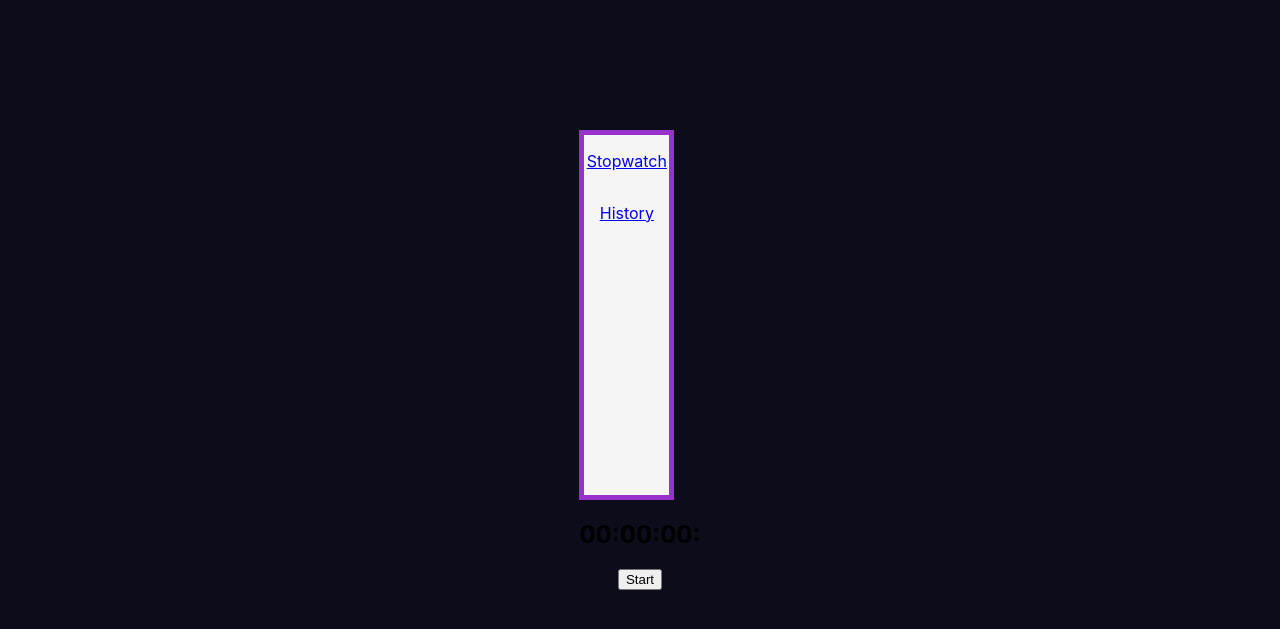
Repository: NicolasRSJ/fastdoubleclick
Page: /
An editor plug-in stored every save of this project. The page is shown before and after the next save, followed by the edit.
The browser window is 1280 px wide. The pictures show the whole page.
The project was rebuilt for these pictures with package versions that can differ from the ones it lists, and the page was loaded fresh each time.

Above is the page before, as saved 2022-10-27 20:24:07.

### src/App.js
import './App.css';
import { Stopwatch } from './Views/Stopwatch/Index';


function App() {
  return (
    <div className="App">
      <Stopwatch/>
    </div>
  );
}

export default App;

### src/App.css
.App {
  background-color: #0d0c1b;
  width: 100vw;
  height: 100vh;
  display: flex;
  flex-direction: column;
  align-items: center;
  justify-content: center;
  text-align: center;
}

### src/Views/Stopwatch/Index.jsx
import React, { useState, useEffect } from 'react'
import "./Index.css"

export const Stopwatch = () => {

    const [ time, setTimer ] = useState(0)
    const [ start, setStart ] = useState(false)

    useEffect(() => {
        let interval = null;

        if(start) {
            interval = setInterval(() => {
                setTimer(prevTime => prevTime + 10)
            }, 10);
        }else {
            clearInterval(interval);
        }

        return () => clearInterval(interval)
    }, [start])

    const HandlerButton = () => {
        if(start === false) {
            setStart(true)
        }else {
            setStart(false)
        }
    }

  return (
    <div className="container">
        <nav className="navigation">
            <p><a href='/'>Stopwatch</a></p>
            <p><a href='/historic'>History</a></p>
        </nav>
        <section className="contents">
            <h1>
                <span>{("0" + Math.floor((time / 60000) % 60)).slice(-2)}:</span>
                <span>{("0" + Math.floor((time / 1000) % 60)).slice(-2)}:</span>
                <span>{("0" + (time / 10) % 1000).slice(-2)}:</span>
            </h1>
            <button onClick={() => <HandlerButton/>}>Start</button>
        </section>
    </div>
  )
}

### src/Views/Stopwatch/Index.css
.navigation {
    width: 70%;
    height: 50vh;
    display: flex;
    flex-direction: column;
    background-color: whitesmoke;
    border: 5px solid darkorchid;
}

Loaded but not shown: public/index.html (common file); src/index.js (common file); src/index.css (common file); src/reportWebVitals.js (common file)

After the next save:
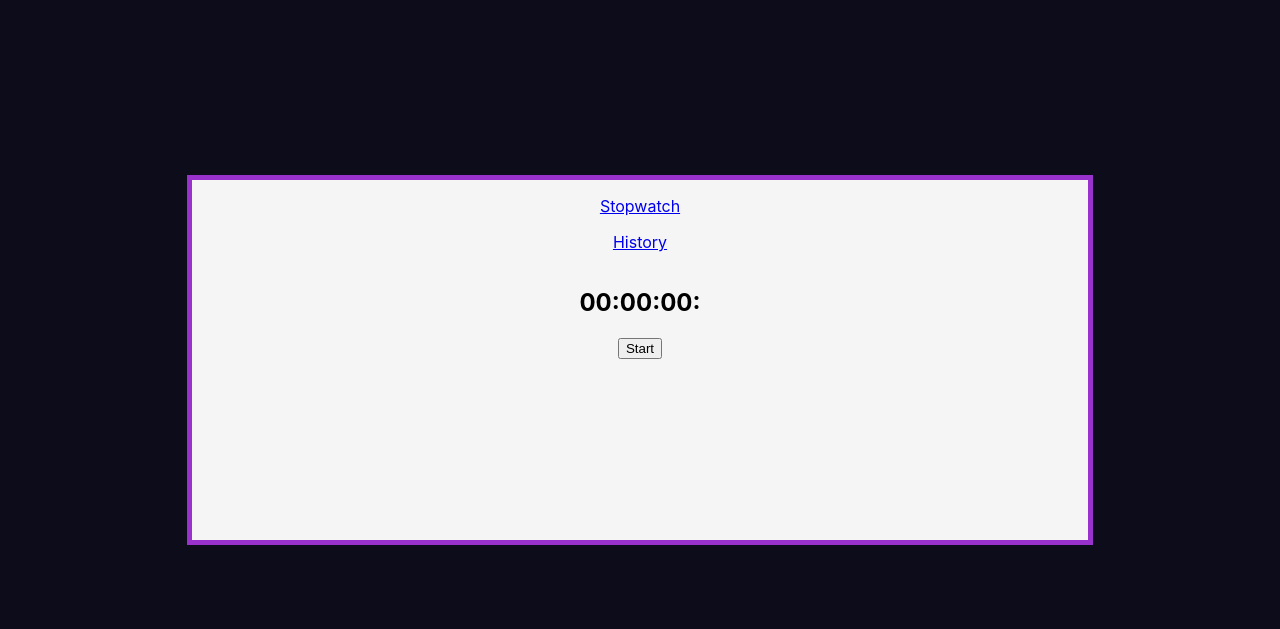
Saved 24 s later.
--- a/src/Views/Stopwatch/Index.css
+++ b/src/Views/Stopwatch/Index.css
@@ -1,4 +1,4 @@
-.navigation {
+.container {
     width: 70%;
     height: 50vh;
     display: flex;
